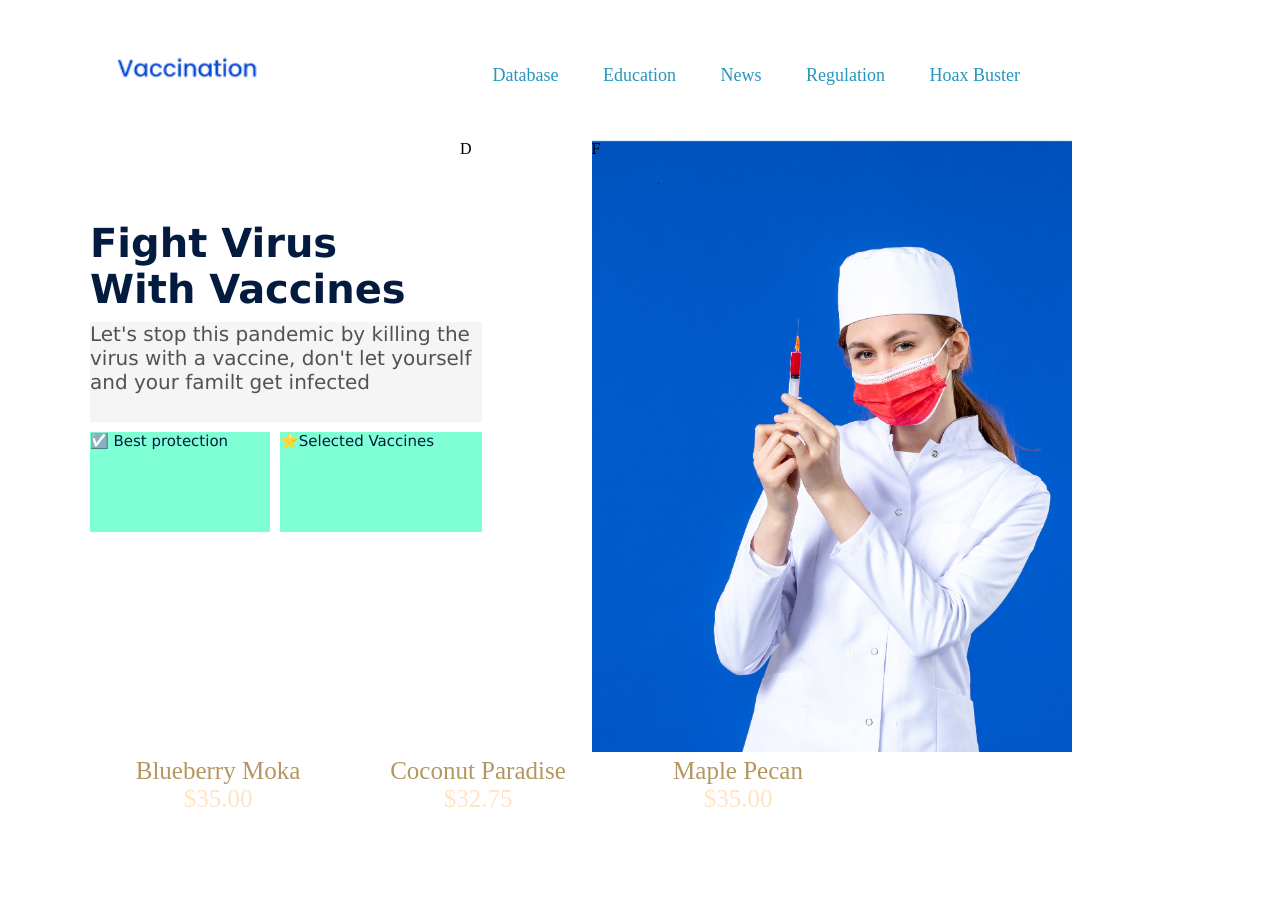
Repository: roge64/cssfrontend
Page: index.html
An editor plug-in stored every save of this project. The page is shown before and after the next save, followed by the edit.
The browser window is 1280 px wide. The pictures show the part of the page from y = 0 to 912 px (the page is 2228 px tall).
A picture or video elsewhere on the page could not be fetched, so the positions and the page height are approximate.

Above is the page before, as saved 2022-03-10 16:56:56.

After the next save:
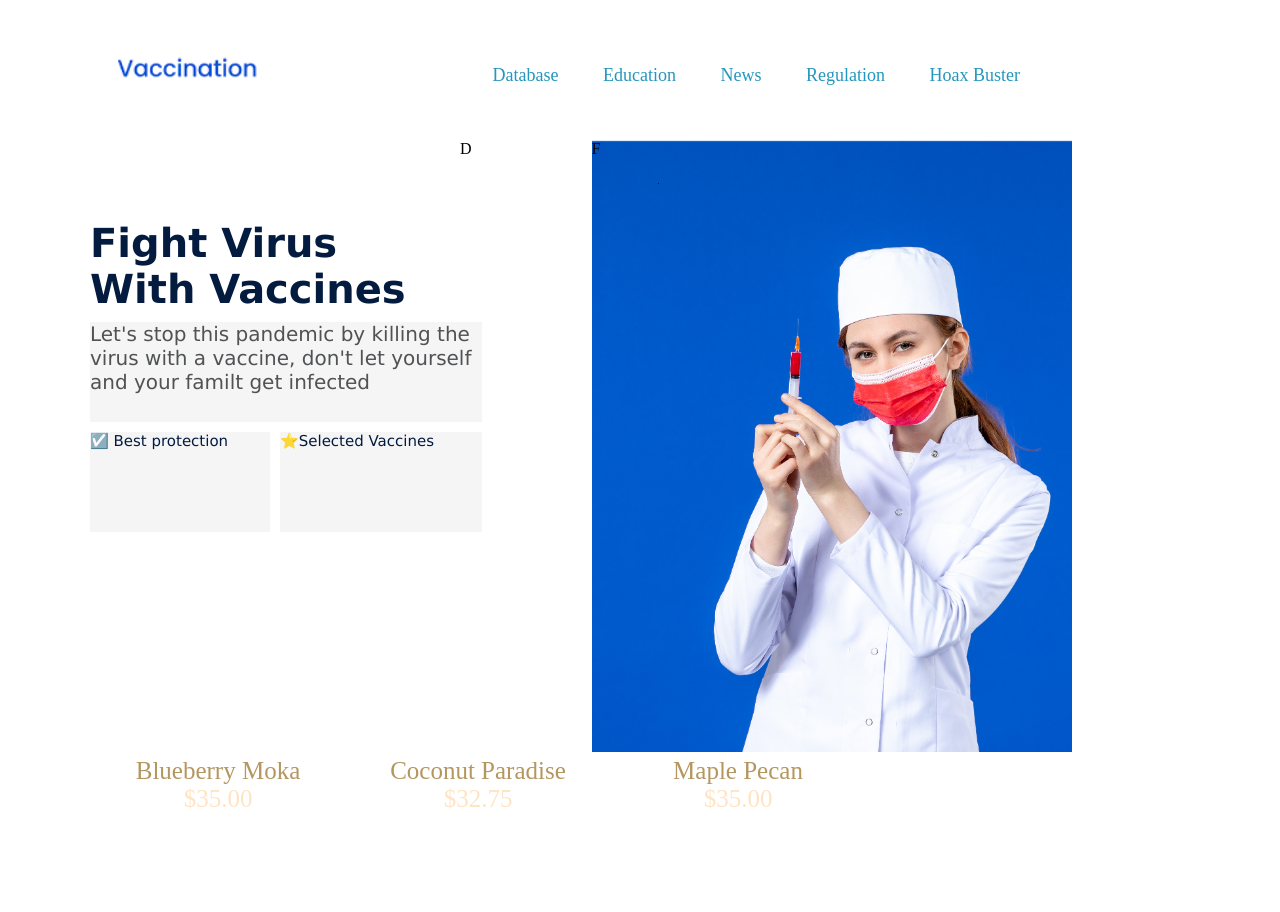
Saved 27 s later.
--- a/estilos/estilos.css
+++ b/estilos/estilos.css
@@ -298,7 +298,7 @@
   .h {
     grid-column: 1 / 20;
     grid-row: 3 / 3;
-    background-color:aquamarine;
+    background-color:whitesmoke;
     font-family:Verdana, Geneva, Tahoma, sans-serif;
     font-size: 15px;
     font-weight: 200;
@@ -308,7 +308,7 @@
   .i {
     grid-column: 20 / 40;
     grid-row: 3 / 3;
-    background-color:aquamarine;
+    background-color:whitesmoke;
     font-family:Verdana, Geneva, Tahoma, sans-serif;
     font-size: 15px;
     font-weight: 200;
